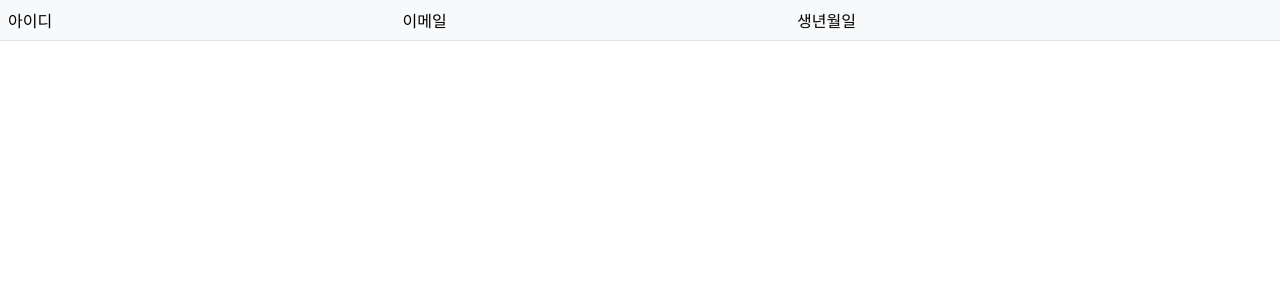
Repository: sujeong1799/JSP
Page: http://localhost/java_study/member/list.jsp
These files come from the project's save history. The page is drawn as it stood at one moment and after the next save; the edit follows.
The browser window is 1280 px wide. The pictures show the whole page.
The page is served by Tomcat 9.

Above is the page before, as saved 2023-05-17 13:44:27.

After the next save:
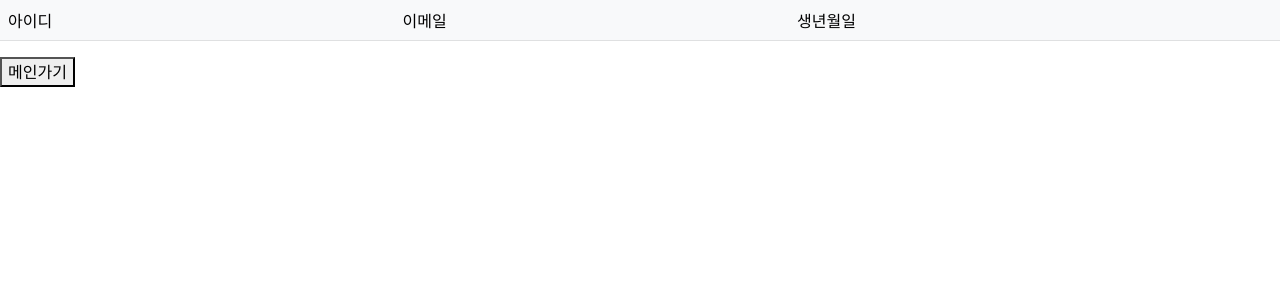
Saved 40 s later.
--- a/jsp_project3-1/java_study/src/main/webapp/member/list.jsp
+++ b/jsp_project3-1/java_study/src/main/webapp/member/list.jsp
@@ -27,6 +27,7 @@
 			</c:forEach>
 		</tbody>
 	</table>
+	<a href="/"><button>메인가기</button></a>
 
 </body>
 </html>
